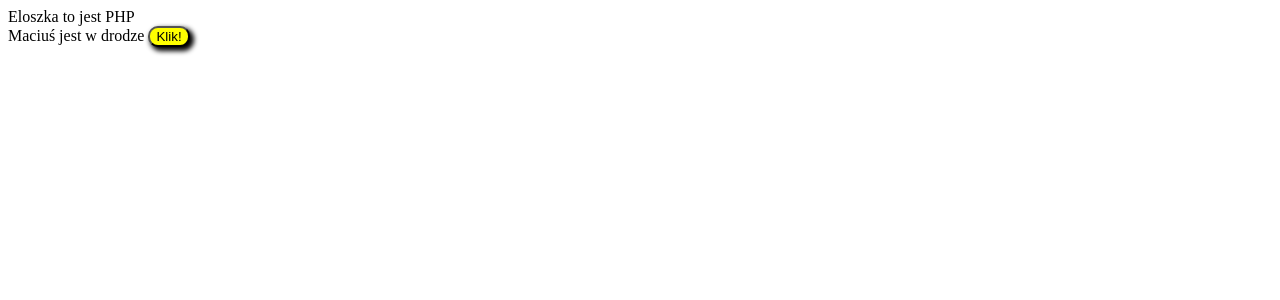
Repository: Nowacki97PL/PHPyt
Page: http://localhost/
The author's editor kept a copy of each file at every save. The page is drawn from the files as they stood at one save, then again after a run of saves.
The browser window is 1280 px wide. The pictures show the whole page.
The page is run by PHP 8.4 with error messages shown; the project is at /var/www/html/.

Above is the page before, as saved 2024-10-05 23:01:10.

### index.php
<?php
echo "Eloszka to jest PHP<br>";
echo "Maciuś jest w drodze";

// This is a comment

/*
This
is a
commnet */

?>

<!DOCTYPE html>
<html lang="pl">
<head>
    <meta charset="UTF-8">
    <meta name="viewport" content="width=device-width, initial-scale=1.0">
    <title>PHP Practice</title>
    <link rel="stylesheet" href="index.css"
</head>
<body>
    <button class="btn">Klik!</button>
</body>
</html>

### index.css
.btn {
    font-family: Arial, Helvetica, sans-serif;
    border-radius: 10px;
    background-color: yellow;
    box-shadow: 3px 3px 5px 1px;
}

After the next 7 saves:
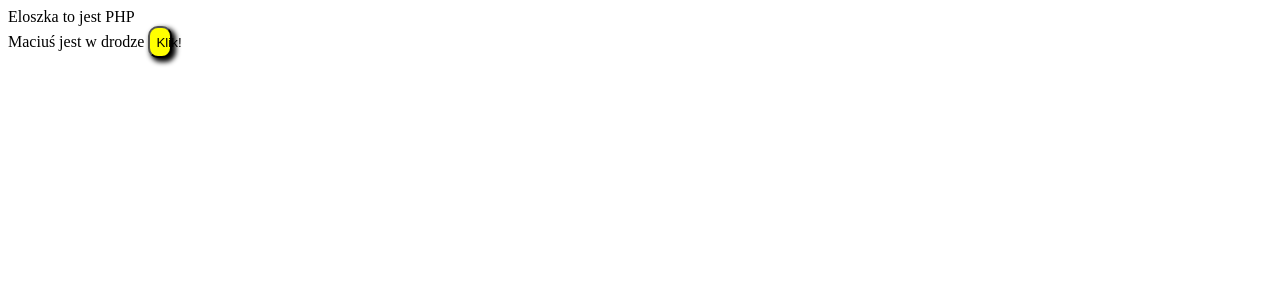
The 7 saves are shown as one change because they came seconds apart.
The last was saved 25 s later.
--- a/index.css
+++ b/index.css
@@ -3,4 +3,6 @@
     border-radius: 10px;
     background-color: yellow;
     box-shadow: 3px 3px 5px 1px;
+    height: 2rem;
+    width: 1.5rem;
 }
